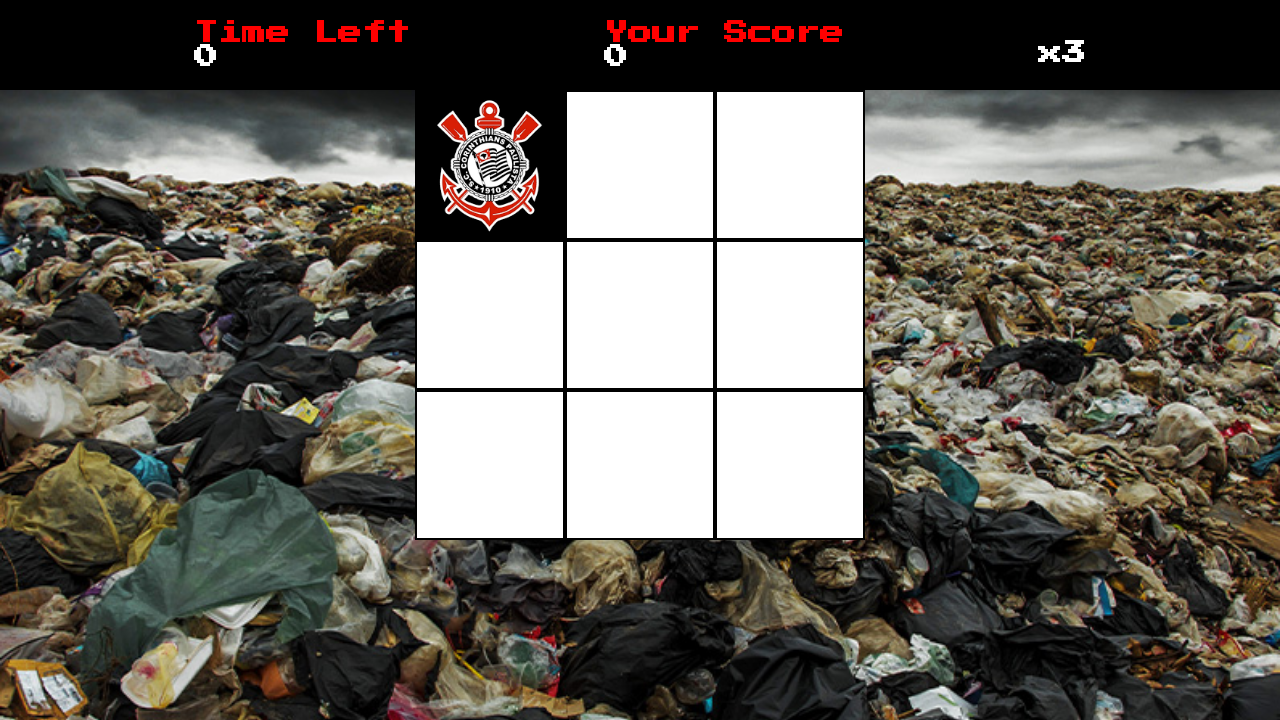
Repository: saulobeltrame/jogo-corinthians
Page: index.html
An editor plug-in stored every save of this project. The page is shown before and after the next save, followed by the edit.
The browser window is 1280 px wide. The pictures show the whole page.
Some web fonts or font styles are not loaded; a fallback is used.

Above is the page before, as saved 2024-11-20 17:35:00.

### index.html
<!-- confg -->
<!DOCTYPE html>
<html lang="pt-br">

<head>
    <meta charset="UTF-8">
    <meta name="viewport" content="width=device-width, initial-scale=1.0">
    <title>Detona Ralph</title>
    <!-- fonts -->
    <link rel="preconnect" href="https://fonts.googleapis.com">
    <link rel="preconnect" href="https://fonts.gstatic.com" crossorigin>
    <link
        href="https://fonts.googleapis.com/css2?family=Cabin:ital,wght@0,400..700;1,400..700&family=Notable&family=Press+Start+2P&family=Raleway:ital,wght@0,100..900;1,100..900&display=swap"
        rel="stylesheet">
    <!-- styles -->
    <link rel="stylesheet" href="./src/styles/reset.css">
    <link rel="stylesheet" href="./src/styles/main.css">
</head>

<body>

    <div class="container">
        <div class="menu">
            <div class="menu-time">
                <h2 style="color: red;">Time Left</h2>
                <h2>0</h2>
            </div>
            <div class="menu-score">
                <h2 style="color: red;">Your Score</h2>
                <h2>0</h2>

            </div>
            <div class="menu-lives">
                <img src="" >
                <h2>x3</h2>
            </div>

        </div>

        <div class="panel">
            <div class="panel-row">
                <div class="square enemy" id="1"></div>
                <div class="square" id="2"></div>
                <div class="square" id="3"></div>
            </div>
            <div class="panel-row">
                <div class="square" id="4"></div>
                <div class="square" id="5"></div>
                <div class="square" id="6"></div>
            </div>
            <div class="panel-row">
                <div class="square" id="7"></div>
                <div class="square" id="8"></div>
                <div class="square" id="9"></div>
            </div>
        </div>

    </div>


    <script defer src="./src/scripts/engine.js"></script>
</body>

</html>

### src/styles/reset.css
*{
    margin:0%;
    padding: 0%;
    box-sizing: border-box;
    /*font-family: "Bebas Neue" , sans-serif;*/
    font-family: "Press Start 2P", cursive;
}

### src/styles/main.css
body{
    background-color: #f0f8ff;
}
.container{
    display:flex;
    flex-direction: column;
    height: 100vh;
    background-image: url(../images/20170116_00_lixoindustrial.jpg);
    background-repeat: no-repeat;
    background-size: cover;
}
.menu{
    display: flex;
    justify-content: space-evenly;
    align-items: center;

    height: 90px;
    width: 100%;
    background-color: #000000;
    color:rgb(255, 255, 255)
}
.panel{
    display: flex;
    align-items: center;
    justify-content: center;

}
.square{
    height: 150px;
    width: 150px;
    border: 2px solid rgb(0, 0, 0);
    background-color: #ffffff;
}
.enemy{
    background-image: url(../images/f73aea3ffc64c8fed5872ac0e736c656.png);
    background-size:cover;
    background-position: center;

}

Loaded but not shown: src/scripts/engine.js (no stored copy; drawn as an empty file)

After the next save:
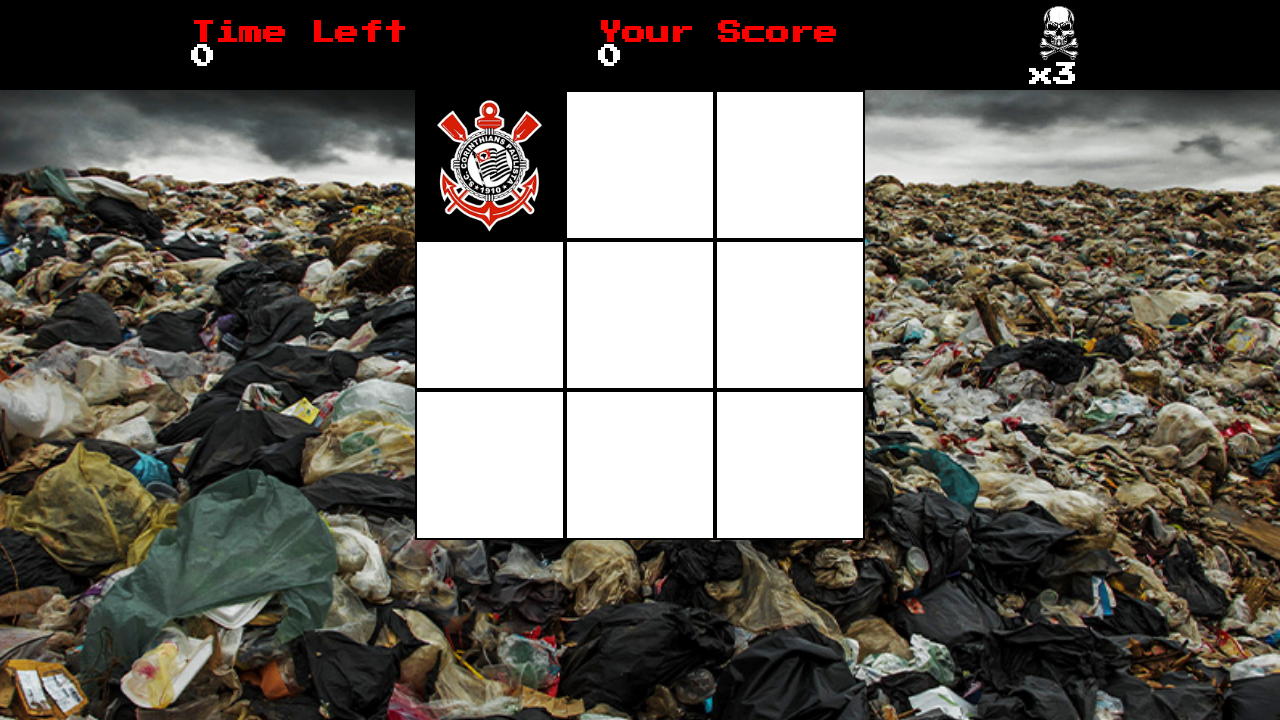
Saved 3 min 5 s later.
--- a/index.html
+++ b/index.html
@@ -31,7 +31,7 @@
 
             </div>
             <div class="menu-lives">
-                <img src="" >
+                <img src="./src/images/caveira.jpg" height="60px">
                 <h2>x3</h2>
             </div>
 
